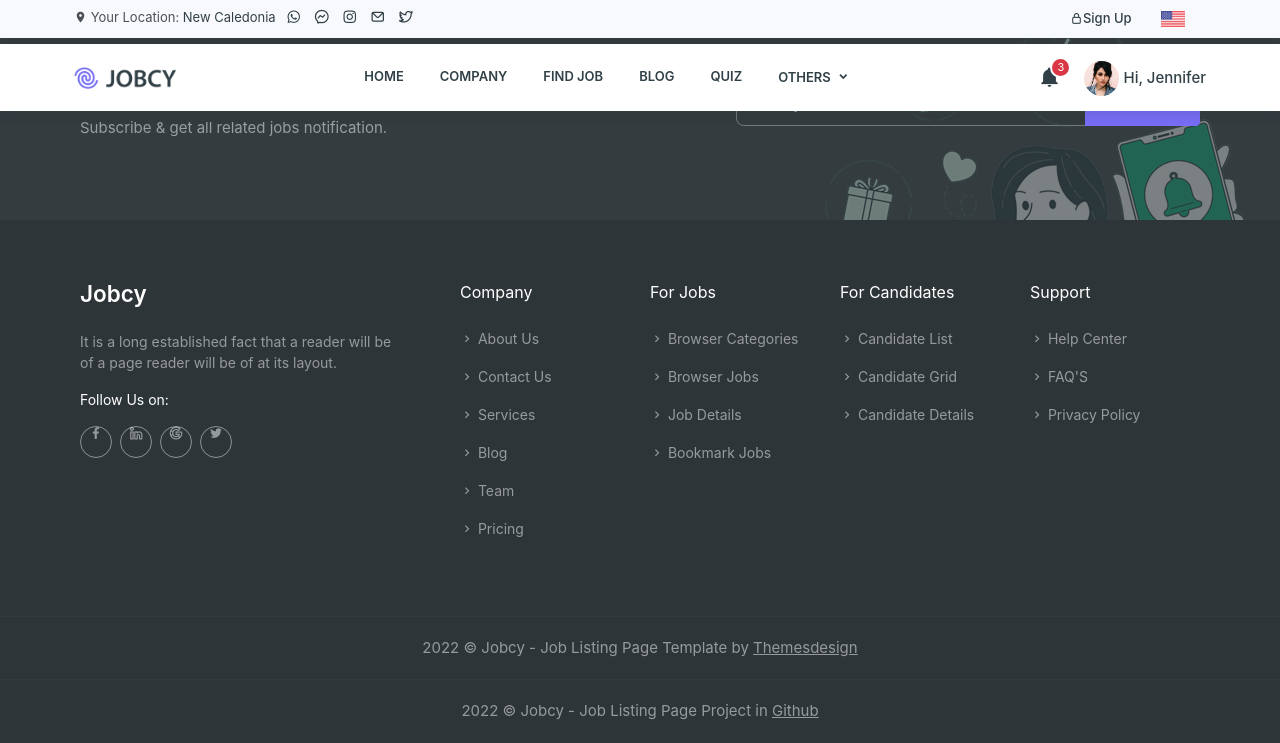
Repository: waflol/hrpm-frontend
Page: / (app in frontend/)
These files come from the project's save history. The page is drawn as it stood at one moment and after the next save; the edit follows.
The browser window is 1280 px wide. The pictures show the whole page.
The project was rebuilt for these pictures with package versions that can differ from the ones it lists, and the page was loaded fresh each time. Also part of the build but not shown: frontend/craco.config.js, frontend/src/shared/components/Navigations/LoginButton.jsx.

Above is the page before, as saved 2022-10-13 15:17:45.

After the next save:
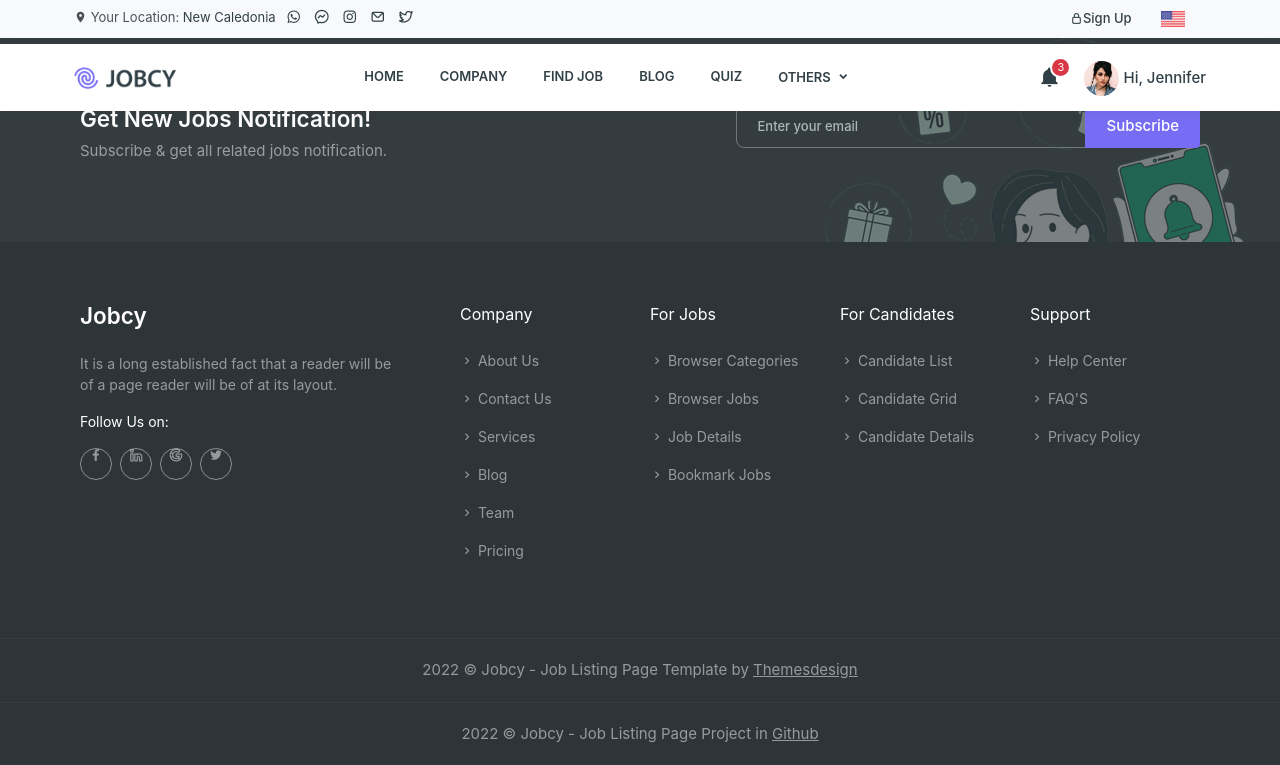
Saved 9 s later.
--- a/frontend/src/App.js
+++ b/frontend/src/App.js
@@ -15,12 +15,9 @@ function App() {
                   <MainTopBar/>
                   <MainNavBar/>
                 </div>
-                <div>
-                <div>
-                  <MainTopBar/>
-                  <MainNavBar/>
-                </div>
-                </div>
+                <section>
+                  se
+                </section>
                 <div>
                 <Footer/>
                 </div>
